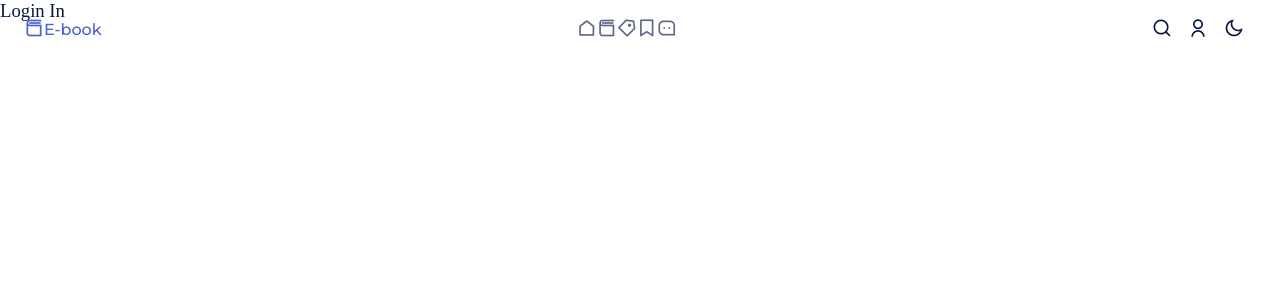
Repository: dinhhaidh/web-book-slider
Page: index.html
An editor plug-in stored every save of this project. The page is shown before and after the next save, followed by the edit.
The browser window is 1280 px wide. The pictures show the whole page.
Some web fonts or font styles are not loaded; a fallback is used. Some web libraries are served in a nearby version.

Above is the page before, as saved 2024-01-12 08:51:12.

### index.html
<!DOCTYPE html>
<html lang="en">
<head>
    <meta charset="UTF-8">
    <meta name="viewport" content="width=device-width, initial-scale=1.0">
    <title>Document</title>
    <link rel="stylesheet" href="style.css">
    <link rel="stylesheet" href="https://cdnjs.cloudflare.com/ajax/libs/remixicon/4.0.1/remixicon.css">
    <link rel="stylesheet" href="">
</head>
<body>
    <!-- ========= header ========= -->
    <header class="header" id="header">
        <nav class="nav container">
            <a href="#" class="nav__logo">
                <i class="ri-book-3-line"></i>E-book
            </a>

            <div class="nav__menu">
                <ul class="nav__list">
                    <li class="nav__item">
                        <a href="#home" class="nav__link">
                            <i class="ri-home-line"></i>
                            <span>Hone</span>
                        </a>
                    </li>

                    <li class="nav__item">
                        <a href="#featured" class="nav__link">
                            <i class="ri-book-3-line"></i>
                            <span>Featured</span>
                        </a>
                    </li>

                    <li class="nav__item">
                        <a href="#discount" class="nav__link">
                            <i class="ri-price-tag-3-line"></i>
                            <span>discount</span>
                        </a>
                    </li>

                    <li class="nav__item">
                        <a href="#new" class="nav__link">
                            <i class="ri-bookmark-line"></i>
                            <span>New Books</span>
                        </a>
                    </li>
                    <li class="nav__item">
                        <a href="#testimonial" class="nav__link">
                            <i class="ri-message-3-line"></i>
                            <span>Testimonial</span>
                        </a>
                    </li>
                </ul>
            </div>
            <div class="nav__actions">
                <!-- Search button -->
                <i class="ri-search-line search-button" id="search-button"></i>

                <!-- login button -->
                <i class="ri-user-line login-button" id="login-button"></i>

                <!-- Theme button -->
                <i class="ri-moon-line change-theme" id="theme-buttom"></i>
            </div>
        </nav>
    </header>
    <!-- ========= search ========= -->
    <div class="search" id="search-content">
        <form action="" class="search__form">
            <i class="ri-search-line search__icon"></i>
            <input type="search" placeholder="What are you looking for?" class="search__input">
        </form>

        <i class="ri-close-line search__close" id="search-close"></i>
    </div>
    <!-- ========= login ========= -->
    <div class="login grid" id="login-content">
        <form action="" class="login__form grid">
            <h3 class="login__title">Login In</h3>

        </form>
    </div>


    <main class="main">
        <section class="home section" id="home"></section>
        <!-- ========= service ========= -->
        <section class="service section" id="service"></section>
        <!-- ========= featured ========= -->
        <section class="featured section" id="featured"></section>
        <!-- ========= discount ========= -->
        <section class="discount section" id="discount"></section>
        <!-- ========= new books ========= -->
        <section class="new section" id="new"></section>
        <!-- ========= join ========= -->

        <!-- ========= discount ========= -->


    </main>
    <footer class="footer">

    </footer>

    <script src=""></script>

    <script src="./js/scrollreveal.min.js"></script>
    <script src="./js/main.js"></script>
</body>
</html>

### style.css
/* gg font */
@import url('https://fonts.googleapis.com/css2?family=Montagu+Slab:opsz,wght@16..144,500&family=Montserrat:wght@400;500;600&display=swap');
:root{
    --header-height: 3.5rem;
        /* color */
    --frist-color: hsl(230, 62%, 56%);
    /* --frist-color-alt: #048654; */
    --title-color: hsl(230, 70%, 16%);
    --text-color: hsl(230, 16%, 45%);
    --border-color: hsl(230,50%, 90%);
    /* --text-color-light: #a6a6a6; */
    --white-color: hsl(0, 0%, 100%);
    --body-color: hsl(230, 100%,96%);
    --container-color: hsl(230, 100%, 97%);


    /* font and typography */
    /* .5rem = 8px | 1rem = 16px ...  */
    --body-font: 'Montserrat', sans-serif;
    --second-font: 'Montagu Slab', serif;
    /* --subtitle-font: ; */
    --biggest-font-size: 2rem;
    --h1-font-size: 1.5rem;
    --h2-font-size: 1.25rm;
    --h3-font-size: 1rem;
    --nomal-font-size: .938rem;
    --small-font-size: .813rem;
    --smaller-font-size: .75rem;


    /* font weight */
    --font-regular: 400;
    --font-medium: 500;
    --font-semi-bold: 600;

    /* margin */
    /* --mb-1: .5rem;
    --mb-2: 1rem;
    --mb-3: 1.5rem;
    --mb-4: 2rem;
    --mb-5: 2.5rem;
    --mb-6: 3rem; */

    /* z-index */
    --z-tooltip: 10;
    --z-fixed: 100;

}
@media screen and (min-width: 1150px) {
    :root{
        --biggest-font-size: 3.5rem;
        --h1-font-size: 2.25rem;
        --h2-font-size: 1.5rm;
        --h3-font-size: 1.25rem;
        --normal-font-size: 1rem;
        --small-font-size: .875rem;
        --smaller-font-size: .813rem;
    }
}

/* base */
*{
    box-sizing: border-box;
    padding: 0;
    margin: 0;
}
html{
    scroll-behavior: smooth;
}
body,
input,
button{
    font-family: var(--body-font);
    font-size: var(--normal-font-size);
}

body{
    background-color: var(--body-font);
    color: var(--text-color);
    transition: background-color .4s;
}
input,
button{
    border: none;
    outline: none;
}
h1,h2,h3{
    color: var(--title-color);
    font-family: var(--second-font);
    font-weight: var(--font-medium);
}
ul{
    list-style: none;
}
a{
    text-decoration: none;
}
img{
    display: block;
    max-width: 100%;
    height: auto;
}
/* reusable css class */
.container{
    max-width: 1220px;
    margin-inline: 1.5rem;
}
.grid{
    display: grid;
    gap: 1.5rem;
}
.section{
    padding-block: 5rem 1rem;
}
.main{
    overflow: hidden;
}
/* ======== header nav  ======= */
.header{
    position: fixed;top: 0;
    left: 0;
    width: 100%;
    background-color: var(--body-font);
    z-index: var(--z-fixed);
    transition: box-shadow .4s, background-color .4s;
}
.nav{
    height: var(--header-height);
    display: flex;
    justify-content: space-between;
    align-items: center;
}
.nav__logo{
    display: inline;
    align-items: center;
    column-gap: .5rem;
    color: var(--frist-color);
    font-weight: var(--font-medium);
}
.nav__logo i{
    font-size: 1.25rem;
}

/* navigation for mobile devices */
@media screen and (max-width: 1150px) {
    .nav__menu{
        position: fixed;
        bottom: 0;
        left: 0;
        right: 0;
        width: 100%;
        background-color: var(--container-color);
        box-shadow: 0 -8px 32px hsla(0, 0%, 0%, .1);
        padding: 1.25rem 4rem;
        transition: background-color .4s;
    }
}

.nav__list{
    display: flex;
    justify-content: space-between;
}
.nav__link{
    color: var(--text-color);
    transition: color .4s;
}
.nav__link span{
    display: none;
}
.nav__link i {
    font-size: 1.25rem;
}
.nav__link:hover{
    color: var(--frist-color);
}
.nav__actions{
    display: flex;
    align-items: center;
    column-gap: 1rem;
}
.nav__actions i{
    font-size: 1.25rem;
    color: var(--title-color);
    cursor: pointer;
    transition: color .4;
}
.nav__actions i:hover{
    color: var(--frist-color);
}

/* search */
.search{
    position: fixed;
    top: -100%;
    left: 0;
    width: 100%;
    height: 100%;
    z-index: 100;
    background-color: hsla(230, 12%, 96%, .6);
    backdrop-filter: blur(16px);
    padding: 8rem 1.5rem;
    transition: top .4s;
}
.search__form{
    display: flex;
    align-items: center;
    column-gap: .5rem;
    background-color: var(--container-color);
    border: 2px solid var(--border-color);
    padding-inline: 1rem;
}
.search__icon{
    font-size: 1.25rem;
    color: var(--title-color);
}
.search__input{
    width: 100%;
    padding-block: 1rem;
    background-color: var(--container-color);
    color: var(--text-color);
}
.search__close{
    position: absolute;
    top: 2rem;
    right: 2rem;
    font-size: 2rem;
    color: var(--title-color);
    cursor: pointer;
}

/* show-search */
.show-search{
    top: 0;
}

/* .section__title{
    text-align: center;
    font-size: var(--h1-font-size);
    font-family: var(--second-font);
    margin-bottom: 2rem;
}
.section__subtitle{
    display: block;
    font-size: var(--h2-font-size);
    font-family: var(--subtitle-font);
    color: var(--frist-color);
    margin-bottom: .5rem;
}
.section__title,.section__subtitle{
    text-align: center;
} */

### js/main.js
/*=============== SEARCH ===============*/
// $(document).ready(function(){
//     $('#search-button')
// })
const searchButton = document.getElementById('search-button'),
    searchClose = document.getElementById('search-close'),
    searchContent = document.getElementById('search-content')

/*=============== Show Menu ===============*/
if(searchButton){
    searchButton.addEventListener('click', () =>{
        searchContent.classList.add('show-search')
    })
}

// ========= menu hidden =============//
if(searchClose){
    searchClose.addEventListener('click', () =>{
        searchContent.classList.add('show-search')
    })
}

/*=============== ADD SHADOW HEADER ===============*/


/*=============== HOME SWIPER ===============*/


/*=============== FEATURED SWIPER ===============*/


/*=============== NEW SWIPER ===============*/


/*=============== TESTIMONIAL SWIPER ===============*/


/*=============== SHOW SCROLL UP ===============*/


/*=============== SCROLL SECTIONS ACTIVE LINK ===============*/


/*=============== DARK LIGHT THEME ===============*/


/*=============== SCROLL REVEAL ANIMATION ===============*/

Loaded but not shown: js/scrollreveal.min.js (library)

After the next save:
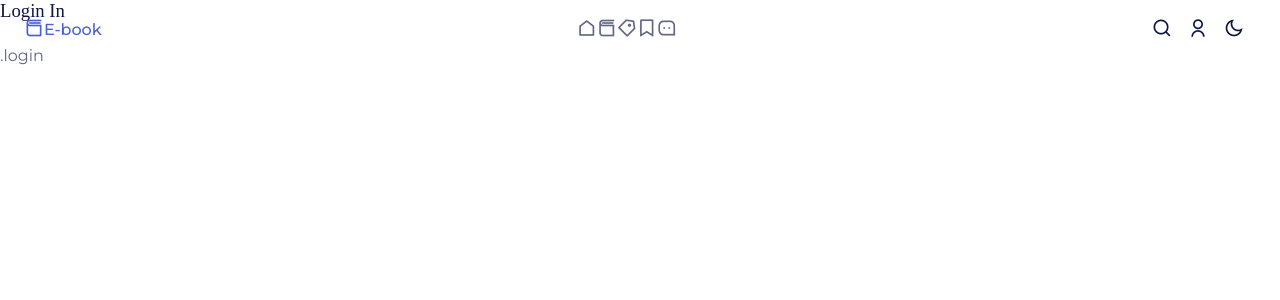
Saved 4 s later.
--- a/index.html
+++ b/index.html
@@ -79,6 +79,7 @@
         <form action="" class="login__form grid">
             <h3 class="login__title">Login In</h3>
 
+            .login
         </form>
     </div>
 
